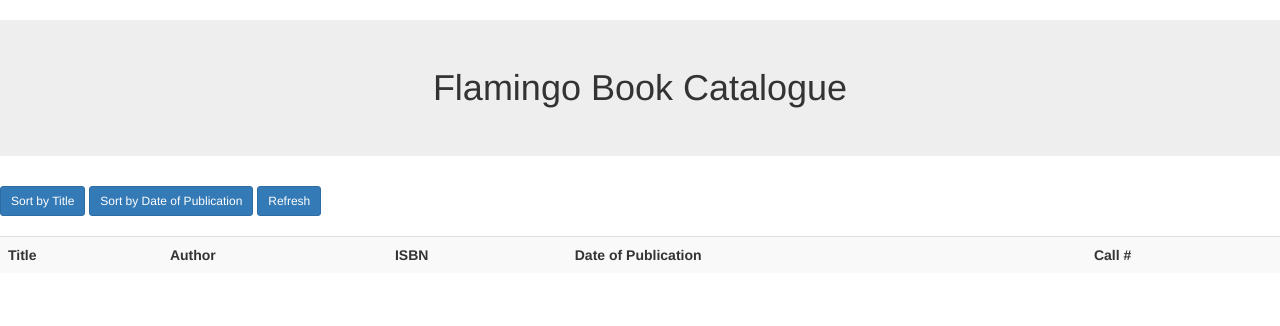
Repository: avega15/Library-Database
Page: http://localhost/main
The author's editor kept a copy of each file at every save. The page is drawn from the files as they stood at one save, then again after the next save.
The browser window is 1280 px wide. The pictures show the whole page.
The page is this project's Thymeleaf template; nobody is signed in. The template is opened directly, without the code that normally fills it, so the values that code supplies are empty.

Above is the page before, as saved 2021-04-27 00:30:37.

### demo/src/main/resources/templates/main.html
<!DOCTYPE HTML>
<html xmlns:th="http://www.thymeleaf.org">
<head>
<title>Flamingo Palooza</title>
<link rel="icon" type="image/x-icon" href="https://tinyurl.com/dh3wsprp"/>
<meta http-equiv="Content-Type" content="text/html; charset=UTF-8" />

<link rel="stylesheet"
	href="https://maxcdn.bootstrapcdn.com/bootstrap/3.4.1/css/bootstrap.min.css">
<script
	src="https://ajax.googleapis.com/ajax/libs/jquery/3.5.1/jquery.min.js"></script>
<script
	src="https://maxcdn.bootstrapcdn.com/bootstrap/3.4.1/js/bootstrap.min.js"></script>
</head>
<body>
	<h1 class="jumbotron" style="text-align: center">Flamingo Book Catalogue</h1>

	<button class="btn btn-primary btn-sm"
		onclick="window.location.href='titleSort'">Sort by Title</button>
	<button class="btn btn-primary btn-sm"
		onclick="window.location.href='dateSort'">Sort by Date of
		Publication</button>
			<button class="btn btn-primary btn-sm"
		onclick="window.location.href='main'">Refresh</button>
	<br/>
	<br/>

	<table class="table table-striped">
		<tr>
			<th scope="col">Title</th>
			<th scope="col">Author</th>
			<th scope="col">ISBN</th>
			<th scope="col">Date of Publication</th>
			<th scope="col">Call #</th>
		</tr>
		<tr th:each="bib, bibStat: ${bibs}">
			<td th:text="${bibStat.count + '. ' + bib.getTitle()}"></td>
			<td th:text="${bib.getAuthor()}"></td>
			<td th:text="${bib.getIsbn()}"></td>
			<td th:text="${bib.getDate_of_publication()}"></td>
			<td th:text="${bib.getCall_number()}"></td>
		</tr>
	</table>
</body>
</html>

After the next save:
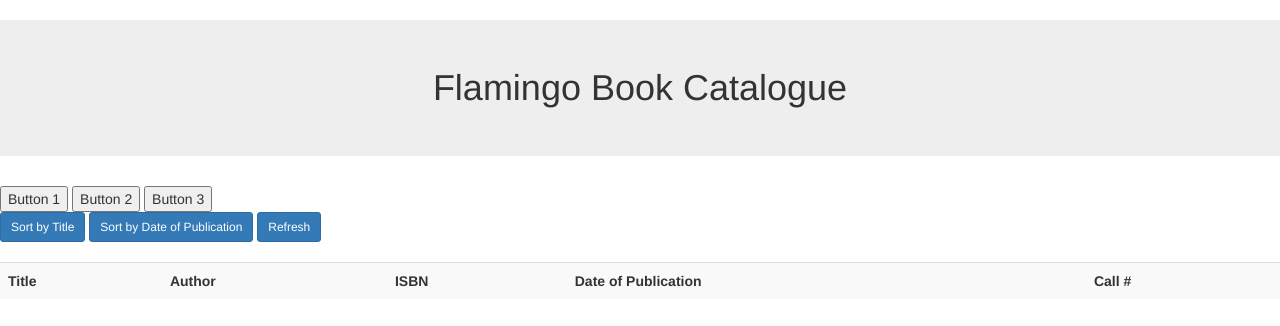
Saved 2 h 43 min later.
--- a/demo/src/main/resources/templates/main.html
+++ b/demo/src/main/resources/templates/main.html
@@ -14,6 +14,15 @@
 </head>
 <body>
 	<h1 class="jumbotron" style="text-align: center">Flamingo Book Catalogue</h1>
+
+
+	<form action="${pageContext.request.contextPath}/myservlet" method="post">
+    <input type="submit" name="button1" value="Button 1" />
+    <input type="submit" name="button2" value="Button 2" />
+    <input type="submit" name="button3" value="Button 3" />
+</form>
+
+
 
 	<button class="btn btn-primary btn-sm"
 		onclick="window.location.href='titleSort'">Sort by Title</button>
